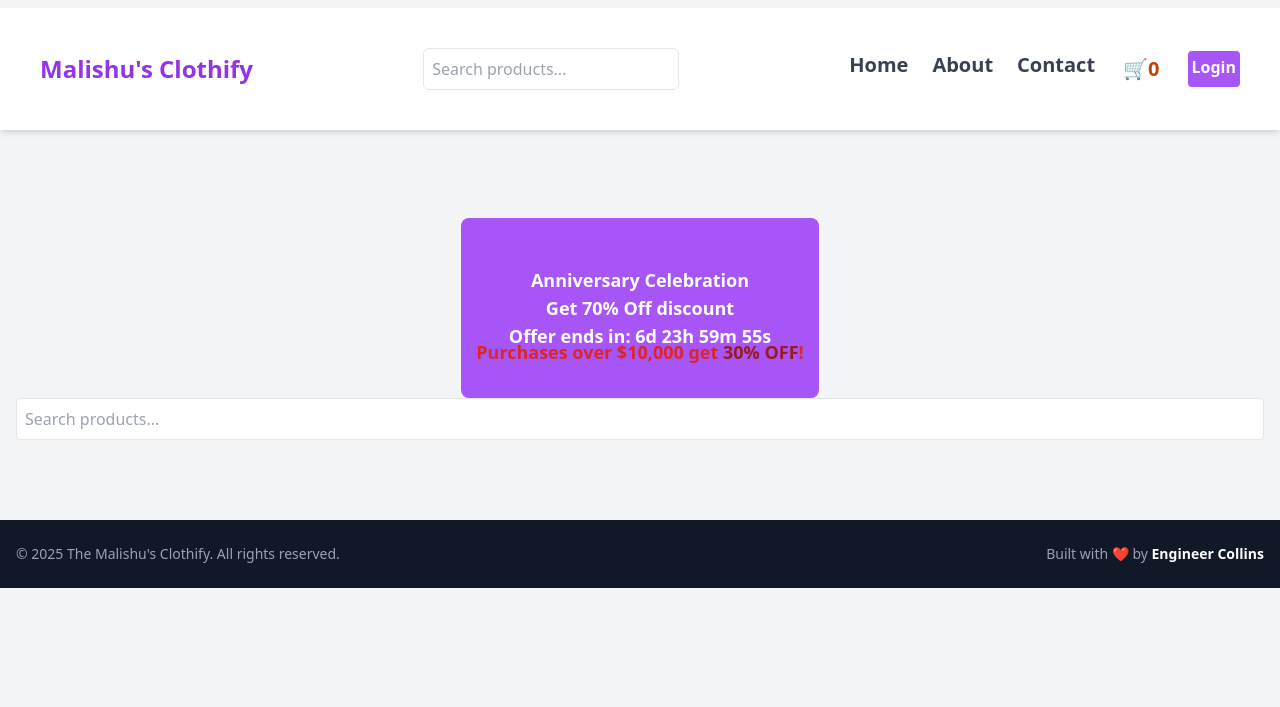
Repository: Engineer-collo/Modern-Ecommerce-Application
Page: /
These files come from the project's save history. The page is drawn as it stood at one moment and after the next save; the edit follows.
The browser window is 1280 px wide. The pictures show the whole page.
The page's requests for data from a server got no answer. The project was rebuilt for these pictures with package versions that can differ from the ones it lists, and the page was loaded fresh each time. No one was signed in, and anything a server would have sent is missing. Also part of the build but not shown: vite.config.js, src/components/SignupForm.jsx, src/components/LoginForm.jsx, src/components/ProductCard.jsx, src/components/Contact.jsx, src/components/About.jsx, src/components/Cart.jsx.

Above is the page before, as saved 2025-05-23 16:25:38.

After the next save:
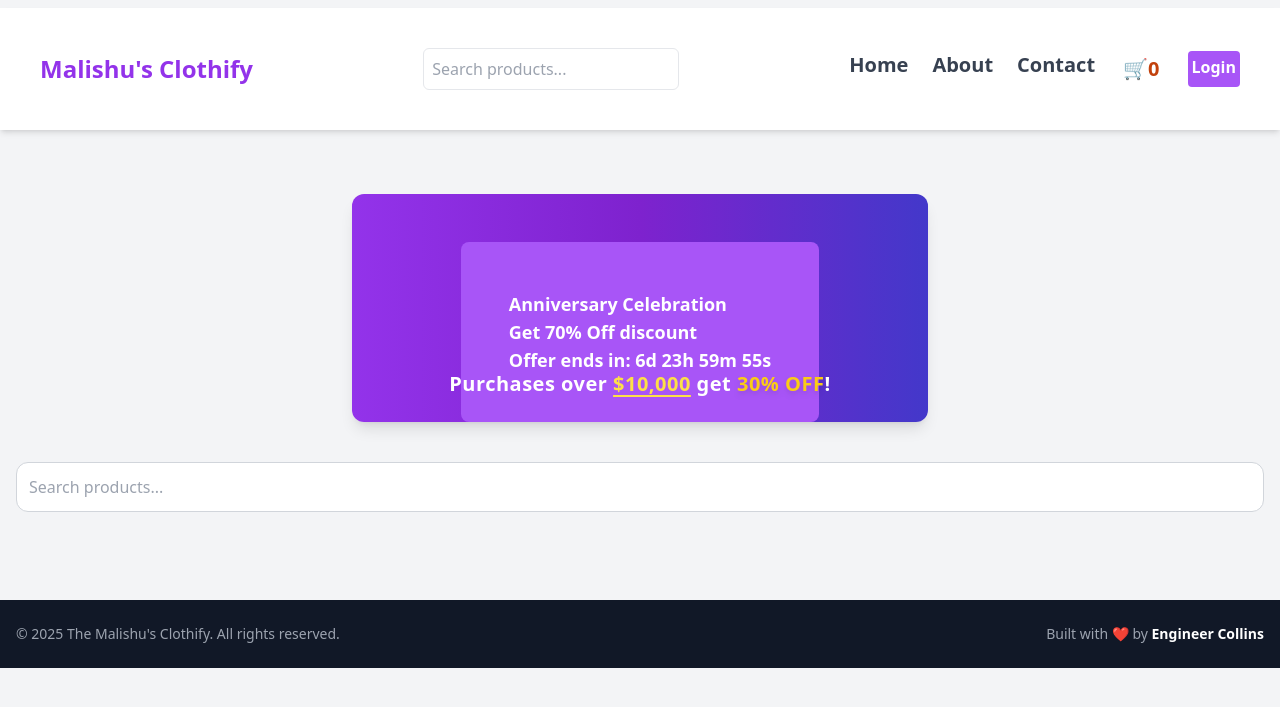
Saved 63 s later.
--- a/src/components/ProductFeed.jsx
+++ b/src/components/ProductFeed.jsx
@@ -1,12 +1,11 @@
 import React, { useEffect, useState } from "react";
 import ProductCard from "./ProductCard";
-import OfferCountdown from "./OfferCountdown"; // import your countdown component
+import OfferCountdown from "./OfferCountdown";
 
 const ProductFeed = ({ addToCart }) => {
   const [products, setProducts] = useState([]);
   const [searchTerm, setSearchTerm] = useState("");
 
-  // Fetch products once on mount
   useEffect(() => {
     fetch("https://fakestoreapi.com/products")
       .then((res) => res.json())
@@ -20,12 +19,20 @@ const ProductFeed = ({ addToCart }) => {
 
   return (
     <>
-      <div className="mt-12 p-4">
-        {/* Offer section */}
-        <div className="mb-8 text-center">
+      <div className="mt-12 p-4 max-w-7xl mx-auto">
+        {/* Modern styled offer card */}
+        <div className="mb-10 p-6 rounded-xl shadow-lg bg-gradient-to-r from-purple-600 via-purple-700 to-indigo-700 text-white max-w-xl mx-auto">
           <OfferCountdown />
-          <p className="mt-4 text-red-600 font-bold text-lg">
-            Purchases over $10,000 get <span className="text-red-800">30% OFF</span>!
+          <p className="mt-6 text-center text-lg sm:text-xl font-semibold tracking-wide">
+            Purchases over{" "}
+            <span className="text-yellow-300 underline decoration-yellow-300 underline-offset-4">
+              $10,000
+            </span>{" "}
+            get{" "}
+            <span className="text-yellow-400 font-extrabold drop-shadow-md">
+              30% OFF
+            </span>
+            !
           </p>
         </div>
 
@@ -35,11 +42,11 @@ const ProductFeed = ({ addToCart }) => {
           placeholder="Search products..."
           value={searchTerm}
           onChange={(e) => setSearchTerm(e.target.value)}
-          className="mb-4 p-2 w-full border rounded"
+          className="mb-6 p-3 w-full border border-gray-300 rounded-xl focus:outline-none focus:ring-4 focus:ring-purple-500 focus:border-transparent transition"
         />
 
         {/* Products grid */}
-        <div className="grid grid-cols-2 md:grid-cols-3 lg:grid-cols-4 gap-4">
+        <div className="grid grid-cols-2 md:grid-cols-3 lg:grid-cols-4 gap-6">
           {filteredProducts.map((product) => (
             <ProductCard
               key={product.id}
